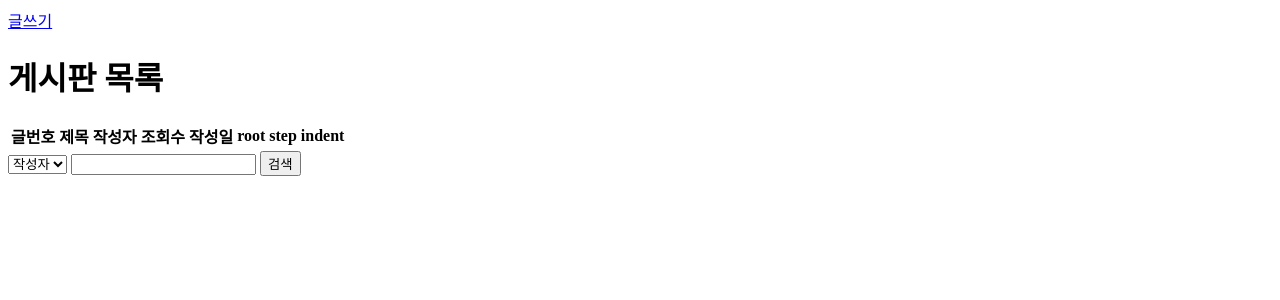
Repository: rmh6363/javastudy
Page: http://localhost/MyBoard/search.jsp
An editor plug-in stored every save of this project. The page is shown before and after the next save, followed by the edit.
The browser window is 1280 px wide. The pictures show the whole page.
The page is served by Tomcat 9. Other server files are loaded and not shown.

Above is the page before, as saved 2021-01-05 05:37:12.

### MyBoard/WebContent/search.jsp
<%@ page language="java" contentType="text/html; charset=UTF-8"
    pageEncoding="UTF-8"%>
     <%@ taglib uri="http://java.sun.com/jsp/jstl/core" prefix="c" %>
    <%@ taglib uri="http://java.sun.com/jsp/jstl/fmt" prefix="fmt" %>
    <%@ taglib uri="http://java.sun.com/jsp/jstl/functions" prefix="fn" %>
<!DOCTYPE html>
<html>
<head>
<meta charset="UTF-8">
<title>게시판 목록</title>
<script src="https://ajax.googleapis.com/ajax/libs/jquery/3.5.1/jquery.min.js"></script>
</head>
<body>
<a href="insertui.do">글쓰기</a>
<h1>게시판 목록</h1>
<table>
<thead>
	<tr>
		<th>글번호</th>
		<th>제목</th>
		<th>작성자</th>
		<th>조회수</th>
		<th>작성일</th>
		<th>root</th>
		<th>step</th>
		<th>indent</th>
	</tr>

</thead>
<tbody>
<c:forEach items="${list}" var="list">
	<tr>

		<td>${list.num}</td>
		<td><a href="read.do?num=${list.num}">${list.title}</a></td>
		<td>${list.author}</td>
		<td>${list.readcnt}</td>
		<td>${list.writeday}</td>
		<td>${list.repIndent}</td>

	</tr>
</c:forEach>
</tbody>
</table>
<form action="search.do">
<select name="searchoption">
	<option value="author">작성자</option>
		<option value="title">제목</option>
			<option value="content">내용</option>
</select>
<input name="searchkeyword">
<input type="submit" value="검색">



</form>

</body>
</html>

After the next save:
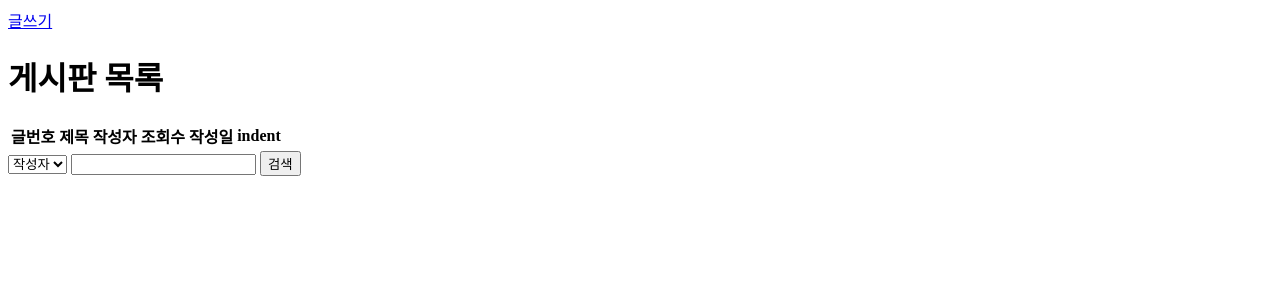
Saved 6 s later.
--- a/MyBoard/WebContent/search.jsp
+++ b/MyBoard/WebContent/search.jsp
@@ -21,8 +21,6 @@
 		<th>작성자</th>
 		<th>조회수</th>
 		<th>작성일</th>
-		<th>root</th>
-		<th>step</th>
 		<th>indent</th>
 	</tr>
 
